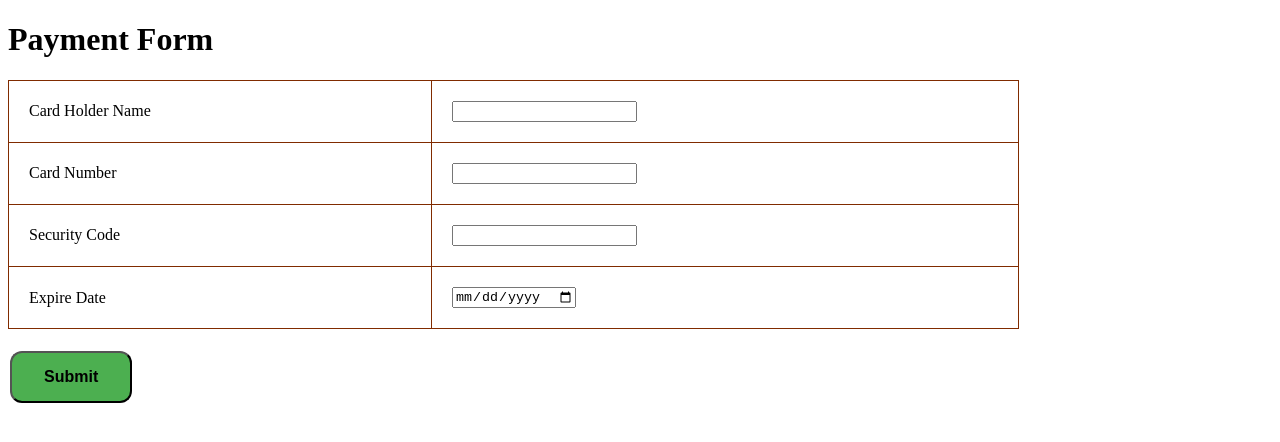
Repository: sandeepa9803/OOP---Online-Travel-web-application
Page: http://localhost/PaymentNew/paymentInfo.jsp
These files come from the project's save history. The page is drawn as it stood at one moment and after the next save; the edit follows.
The browser window is 1280 px wide. The pictures show the whole page.
The page is served by Tomcat 9.

Above is the page before, as saved 2021-10-11 17:12:59.

After the next save:
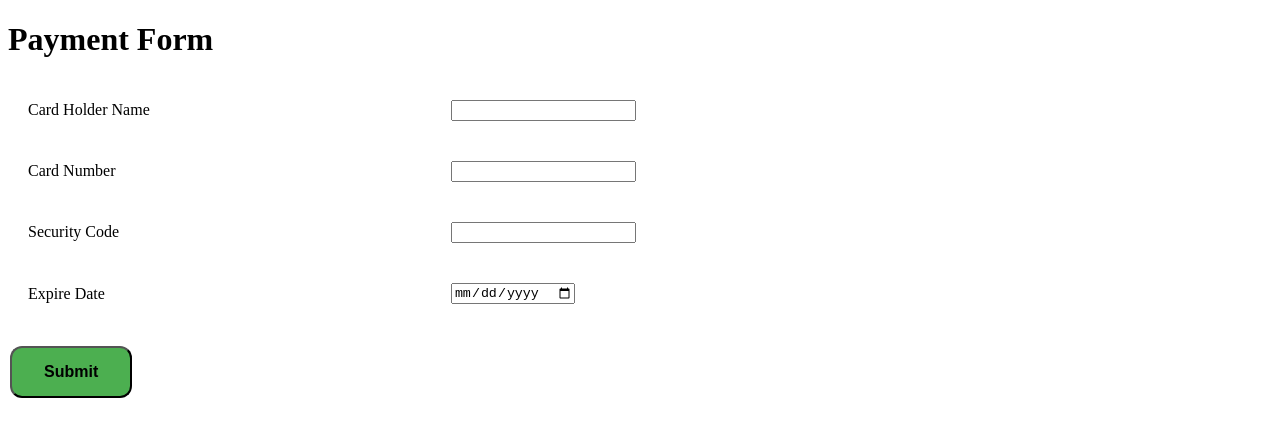
Saved 4 min 30 s later.
--- a/PaymentNew/WebContent/paymentInfo.jsp
+++ b/PaymentNew/WebContent/paymentInfo.jsp
@@ -7,7 +7,7 @@
 <head>
 <style>
 
-
+<img src="images/travel.jpeg" alt="travel">
 
 table, td, th {
   border: 1px solid #802b00;

After the save that followed:
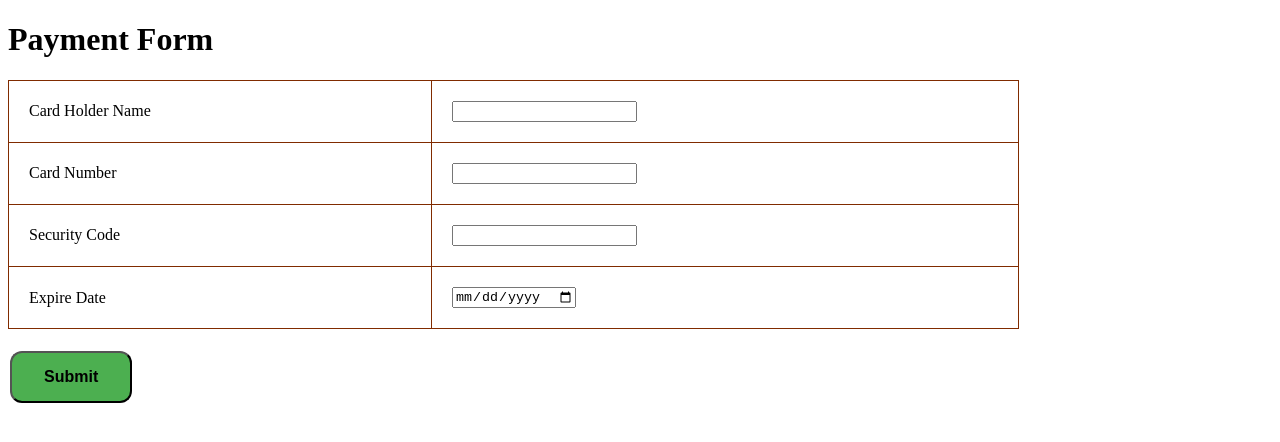
Saved 48 s later.
--- a/PaymentNew/WebContent/paymentInfo.jsp
+++ b/PaymentNew/WebContent/paymentInfo.jsp
@@ -7,7 +7,7 @@
 <head>
 <style>
 
-<img src="images/travel.jpeg" alt="travel">
+
 
 table, td, th {
   border: 1px solid #802b00;
